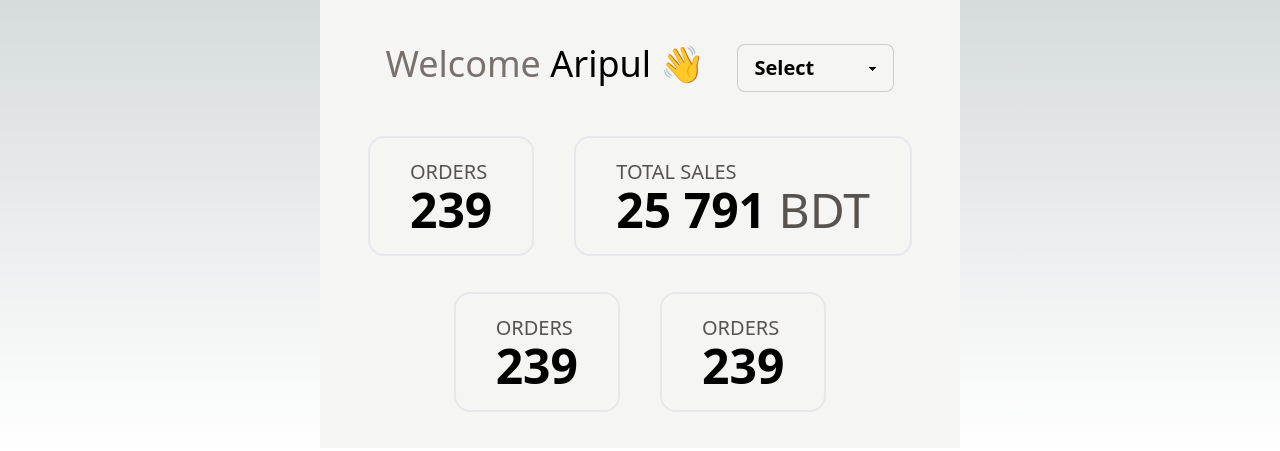
Repository: mehedi9465/nextapp
Page: /Dashboard
These files come from the project's save history. The page is drawn as it stood at one moment and after a run of saves; the edit follows.
The browser window is 1280 px wide. The pictures show the whole page.
The project was rebuilt for these pictures with package versions that can differ from the ones it lists, and the page was loaded fresh each time. The framework's server and built-in components were replaced by stand-ins that run in the browser. Also part of the build but not shown: next.config.js, Components/Navbar.js.

Above is the page before, as saved 2023-03-04 15:49:09.

After the next 2 saves:
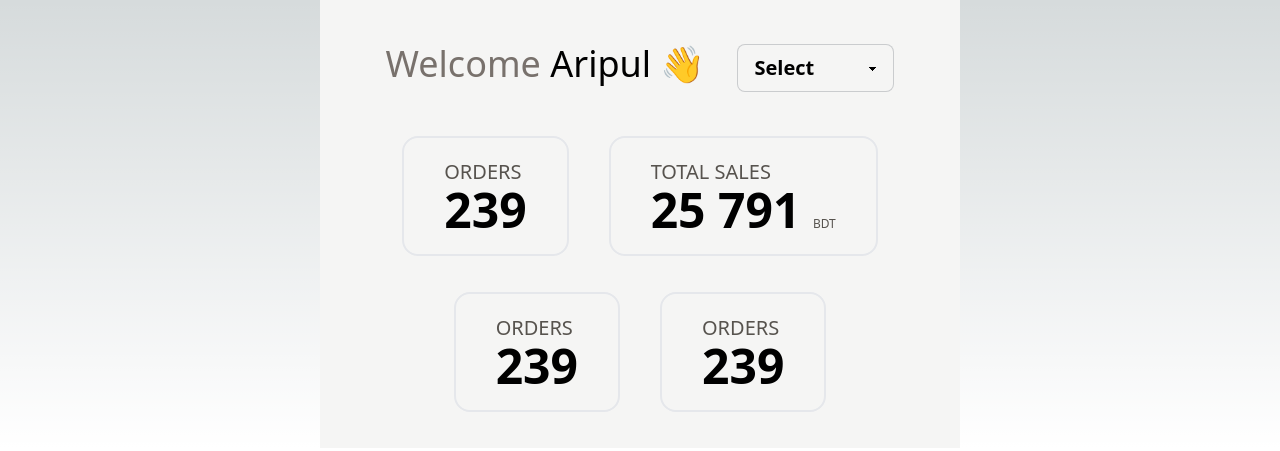
The 2 saves are shown as one change because they came seconds apart.
The last was saved 11 s later.
--- a/pages/Dashboard/index.js
+++ b/pages/Dashboard/index.js
@@ -32,7 +32,7 @@ const index = () => {
               Total Sales
             </p>
             <p className="text-5xl font-bold">
-              25 791 <span className="text-stone-600 font-normal text-md">BDT</span>
+              25 791 <span className="text-stone-600 font-normal text-xs">BDT</span>
             </p>
           </div>
         </div>
